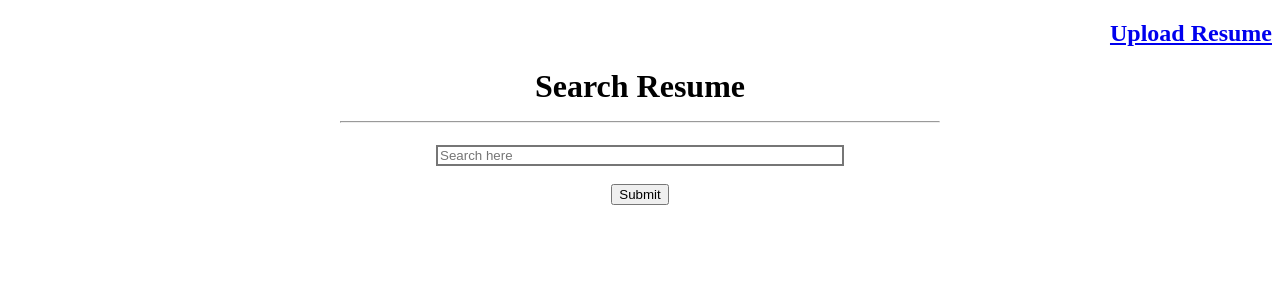
Repository: prashantsuman07/Manthan-ELF-16-OCT-19-Prashant-Suman
Page: http://localhost/Resume_Finder_Java_Application/JSP/SearchResume.jsp
These files come from the project's save history. The page is drawn as it stood at one moment and after the next save; the edit follows.
The browser window is 1280 px wide. The pictures show the whole page.
The page is served by Tomcat 9.

Above is the page before, as saved 2019-12-03 04:47:44.

After the next save:
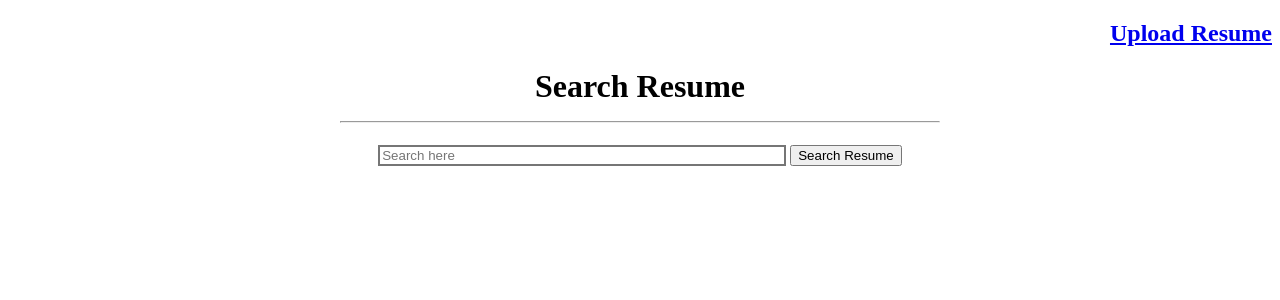
Saved 35 s later.
--- a/assignments/Resume_Finder_Java_Application/Resume_Finder_Java_Application/WebContent/JSP/SearchResume.jsp
+++ b/assignments/Resume_Finder_Java_Application/Resume_Finder_Java_Application/WebContent/JSP/SearchResume.jsp
@@ -19,8 +19,8 @@ font-family: cursive;
 <h1 align="Center" >Search Resume<hr></h1>
 <form action="" method="get" align="center">
 
-<input type="text" value="" placeholder="Search here" name="search"  style="border-style: solid; width:400px"/><br><br>
-<input type="submit" name="Search Resume">
+<input type="text" value="" placeholder="Search here" name="search"  style="border-style: solid; width:400px"/>
+<input type="submit" value="Search Resume">
 </form>
 </div>
 </body>
